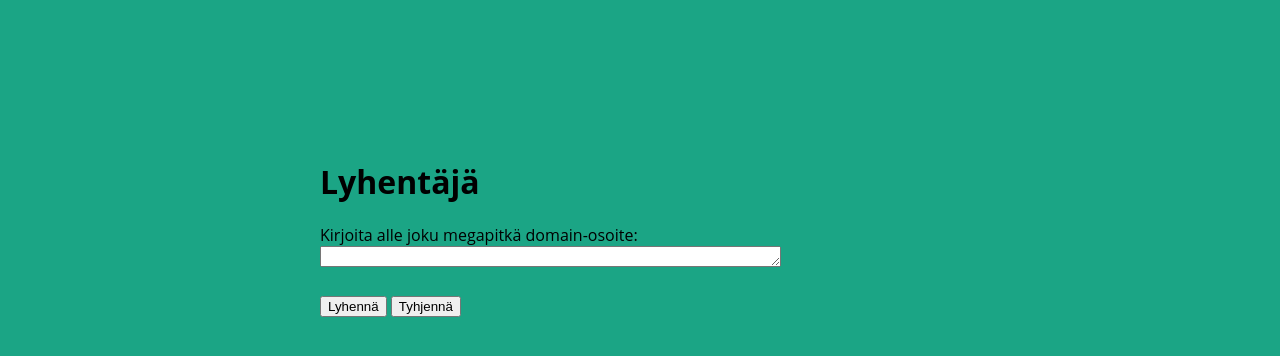
Repository: koodaajakige/knykanen
Page: public_html/redirect/lomake.html
These files come from the project's save history. The page is drawn as it stood at one moment and after the next save; the edit follows.
The browser window is 1280 px wide. The pictures show the whole page.

Above is the page before, as saved 2023-01-12 12:17:19.

### public_html/redirect/lomake.html
<!DOCTYPE html>
<html>
<head>
  <meta charset="UTF-8">
  <link rel="stylesheet" href="kigestyle.css">
  <h1> Lyhentäjä </h1>
</head>
<body>

<form method = GET action = funktio.php>
    Kirjoita alle joku megapitkä domain-osoite:
    <br><textarea rows=1 cols=55 name=osoite></textarea><br><br>
    <input type=submit value='Lyhennä'>
    <input type="reset" value="Tyhjennä" />
  </form>

</body>
</html>

### public_html/redirect/kigestyle.css
body {
    font-family: 'Averia Serif Libre', cursive;
	font-family: 'Open Sans', sans-serif;
    font-size: medium;
    background-color: rgb(27, 165, 133);
    max-width: 40em;
	width: 90%;
	margin: 10em auto;
}

After the next save:
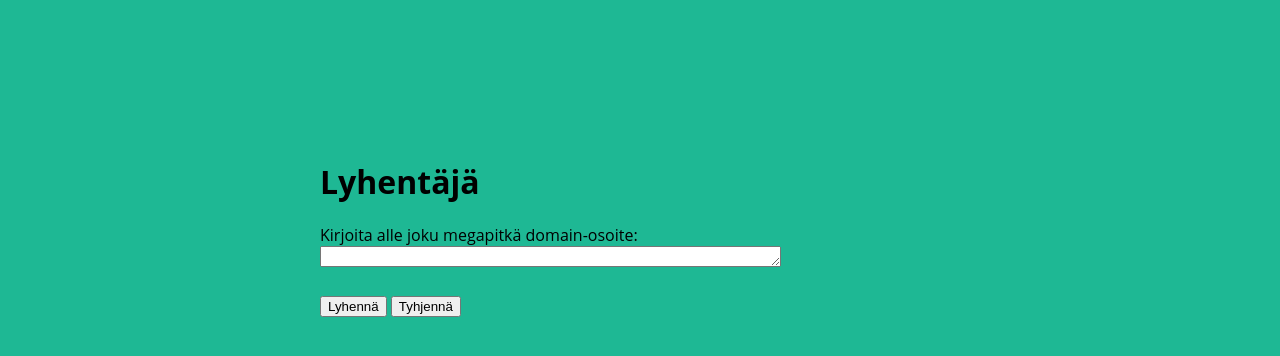
Saved 14 s later.
--- a/public_html/redirect/kigestyle.css
+++ b/public_html/redirect/kigestyle.css
@@ -2,7 +2,7 @@ body {
     font-family: 'Averia Serif Libre', cursive;
 	font-family: 'Open Sans', sans-serif;
     font-size: medium;
-    background-color: rgb(27, 165, 133);
+    background-color: rgb(30, 184, 148);
     max-width: 40em;
 	width: 90%;
 	margin: 10em auto;
